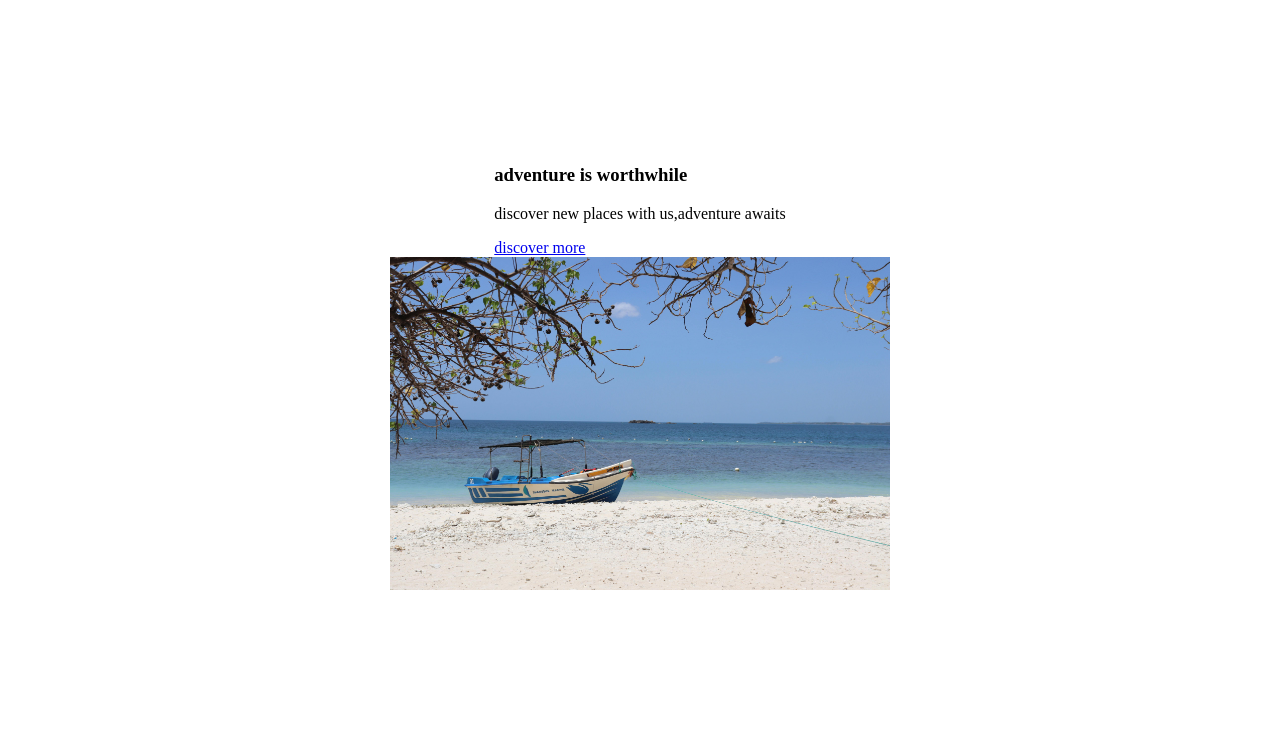
Repository: KasunInd27/Ceylon-Journey
Page: Home/home.html
The author's editor kept a copy of each file at every save. The page is drawn from the files as they stood at one save, then again after the next save.
The browser window is 1280 px wide. The pictures show the whole page.

Above is the page before, as saved 2024-10-05 13:06:33.
Console error: SyntaxError: Unexpected token '<'

### Home/home.html
<!DOCTYPE html>
<html lang="en">
<head>
    <meta charset="UTF-8">
    <meta name="viewport" content="width=device-width, initial-scale=1.0">
    <!-- Font Awesome CDN link for using icons -->
    <link rel="stylesheet" href="https://cdnjs.cloudflare.com/ajax/libs/font-awesome/5.15.3/css/all.min.css">
    <link href="https://fonts.googleapis.com/css2?family=Roboto:wght@400;700&display=swap" rel="stylesheet">

    <link rel="stylesheet" href="CSS/home.css">
    <script src="JS/home.js"></script>
    <style>
        .mySlides {display:none;}
    </style>
    <title>Home Page</title>
</head>
<body>
    <section class="home" id="home">
        <div class="content">
            <h3>adventure is worthwhile</h3>
            <p>discover new places with us,adventure awaits</p>
            <a href="#" class="btn">discover more</a>
        </div>

        <div class="slide" style="max-width:500px">
            <img class="homeSlides" src="../image/train.jpg" style="width:100%">
            <img class="homeSlides" src="../image/elephants.jpg" style="width:100%">
            <img class="homeSlides" src="../image/boat.jpg" style="width:100%">
            <img class="homeSlides" src="../image/fish.jpg" style="width:100%">
            <img class="homeSlides" src="../image/arc.jpg" style="width:100%">
        </div>
    </section>

    <script>
        var myIndex = 0;
        carousel();

        function carousel() {
          var i;
          var x = document.getElementsByClassName("homeSlides");
          for (i = 0; i < x.length; i++) {
            x[i].style.display = "none";
          }
          myIndex++;
          if (myIndex > x.length) {myIndex = 1}
          x[myIndex-1].style.display = "block";
          setTimeout(carousel, 2000); // Change image every 2 seconds
        }
        </script>


</body>
</html>

### Home/CSS/home.css
.home.controls {
    padding: 1rem;
    border-radius: 5rem;
    background: rgba(0, 0, 0, .7);
    position: relative;
    top: 10rem;

}

.home .controls .img-btn {

    height: 2rem;
    width: 2rem;
    display: inline-block;
    border-radius: 50%;
    background: #fff;
    cursor: pointer;
    margin: 0 .5rem;

}
.home .controls .img-btn.active {
    background: var(--orange);

}
#home {
    min-height: 100vh;
    /* Ensures it takes up the full viewport height */
    display: flex;
    /* Enables flexbox layout */
    align-items: center;
    /* Vertically centers content */
    justify-content: center;
    /* Horizontally centers content */
    flex-flow: column;
    /* Aligns children in a column layout */
    position: relative;
    /* Allows child elements to use absolute positioning */
    z-index: 0;
    /* Ensures this section has the correct stacking order */
}

### Home/JS/home.js
<!DOCTYPE html>
<html lang="en">
<head>
    <meta charset="UTF-8">
    <meta name="viewport" content="width=device-width, initial-scale=1.0">
    <!-- Font Awesome CDN link for using icons -->
    <link rel="stylesheet" href="https://cdnjs.cloudflare.com/ajax/libs/font-awesome/5.15.3/css/all.min.css">
    <link href="https://fonts.googleapis.com/css2?family=Roboto:wght@400;700&display=swap" rel="stylesheet">

    <link rel="stylesheet" href="CSS/home.css">
    <script src="JS/home.js"></script>
    <style>.imgSlide {display:none;}</style>
    <title>Home Page</title>
</head>
<body>
    <section class="home" id="home">
        <div class="content">
            <h3>adventure is worthwhile</h3>
            <p>discover new places with us,adventure awaits</p>
            <a href="#" class="btn">discover more</a>
        </div>

        <div class="image-slide" style="max-width:500px">
            <img class="imgSlide" src="../image/train.jpg" style="width:100%">
            <img class="imgSlide" src="../image/elephants.jpg" style="width:100%">
            <img class="imgSlide" src="../image/boats.jpg" style="width:100%">
            <img class="imgSlide" src="../image/fish.jpg" style="width:100%">
            <img class="imgSlide" src="../image/arc.jpg" style="width:100%">

        </div>


    </section>
</body>
</html>

After the next save:
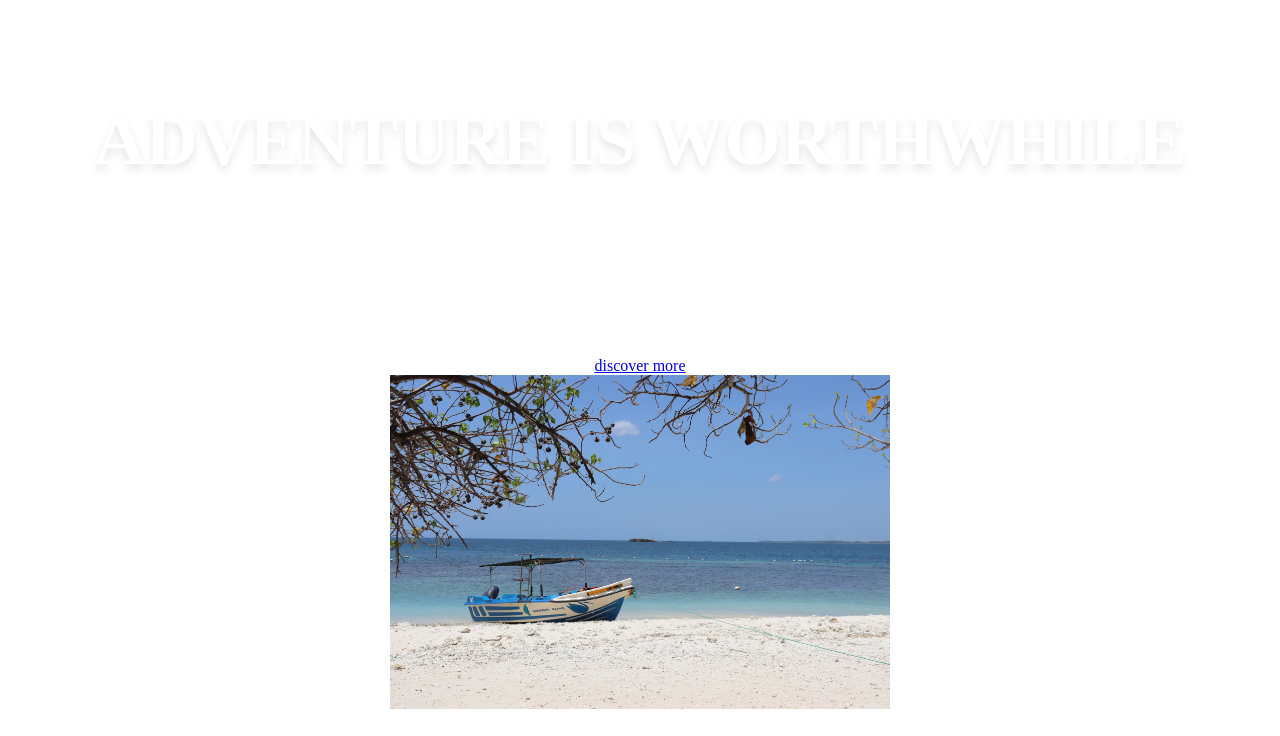
Saved 2 min 3 s later.
--- a/Home/CSS/home.css
+++ b/Home/CSS/home.css
@@ -38,3 +38,28 @@
     z-index: 0;
     /* Ensures this section has the correct stacking order */
 }
+.home .content {
+    text-align: center;
+    /* Centers the text within the .content container */
+}
+/* Styles for h3 elements inside the .content class within the .home section */
+
+.home .content h3 {
+    font-size: 4.5rem;
+    /* Sets a large font size for the heading */
+    color: #fff;
+    /* White text color */
+    text-transform: uppercase;
+    /* Makes the text uppercase */
+    text-shadow: 0 .3rem .5rem rgba(0, 0, 0, .1);
+    /* Adds a soft shadow to the text */
+}
+
+.home .content p {
+    font-size: 2.5rem;
+    /* Sets the font size for paragraphs inside the .content class in the .home section */
+    color: #fff;
+    /* Sets the text color to white */
+    padding: 0.5rem 0;
+    /* Adds vertical padding (top and bottom) of 0.5rem */
+}
